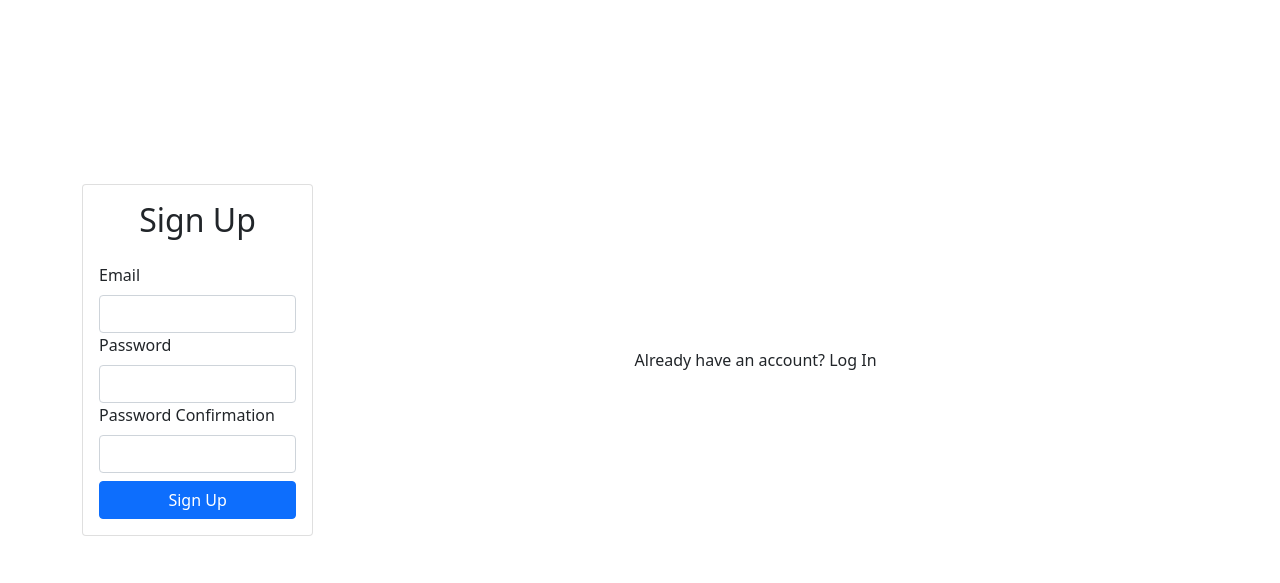
Repository: castilla-aurela/firebase-react-auth
Page: /
An editor plug-in stored every save of this project. The page is shown before and after the next save, followed by the edit.
The browser window is 1280 px wide. The pictures show the whole page.
The project was rebuilt for these pictures with package versions that can differ from the ones it lists, and the page was loaded fresh each time.

Above is the page before, as saved 2021-10-03 16:27:20.

After the next save:
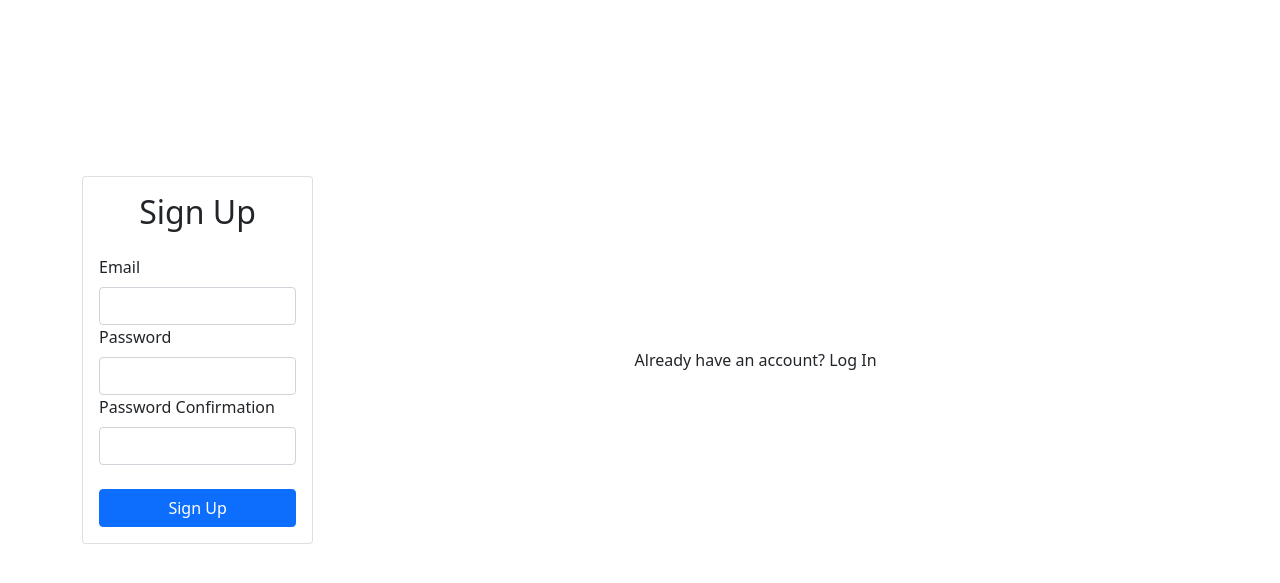
Saved 4 s later.
--- a/src/components/Signup.js
+++ b/src/components/Signup.js
@@ -24,7 +24,7 @@
                            <Form.Label>Password Confirmation</Form.Label>
                             <Form.Control type="password" ref={passwordConfirmRef} required />
                        </Form.Group>
-                       <Button className= "w-100 text-center mt-2" type="Submit">Sign Up</Button>
+                       <Button className= "w-100 text-center mt-4" type="Submit">Sign Up</Button>
                    </Form>
                </Card.Body>
             </Card>

After the save that followed:
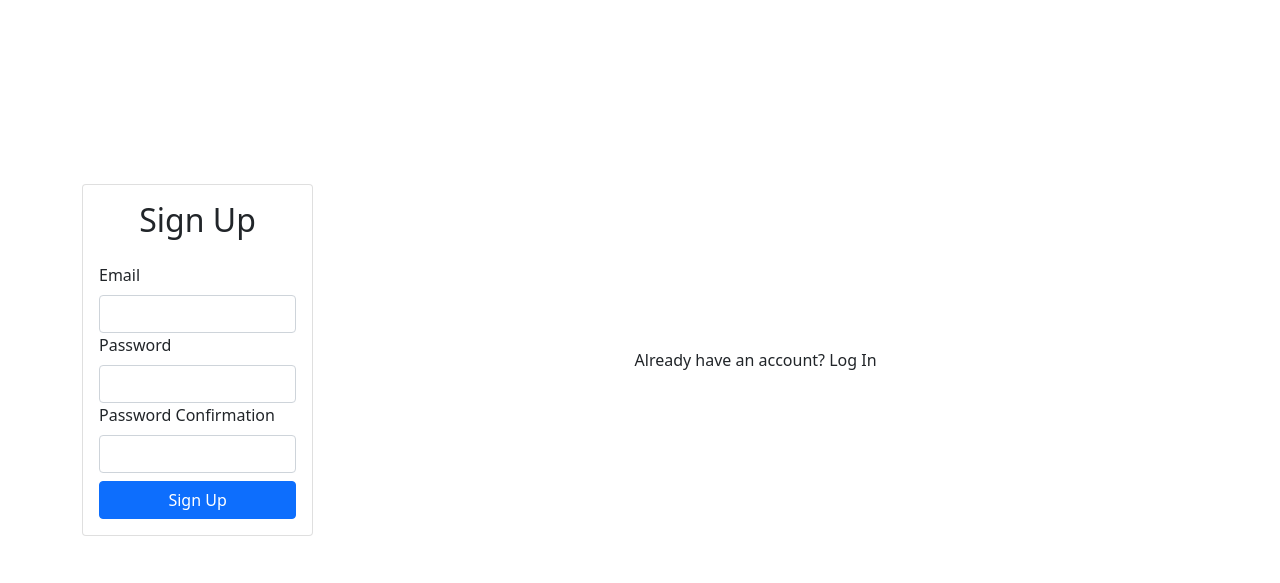
Saved 7 s later.
--- a/src/components/Signup.js
+++ b/src/components/Signup.js
@@ -24,7 +24,7 @@
                            <Form.Label>Password Confirmation</Form.Label>
                             <Form.Control type="password" ref={passwordConfirmRef} required />
                        </Form.Group>
-                       <Button className= "w-100 text-center mt-4" type="Submit">Sign Up</Button>
+                       <Button className= "w-100 text-center mt-2" type="Submit">Sign Up</Button>
                    </Form>
                </Card.Body>
             </Card>
